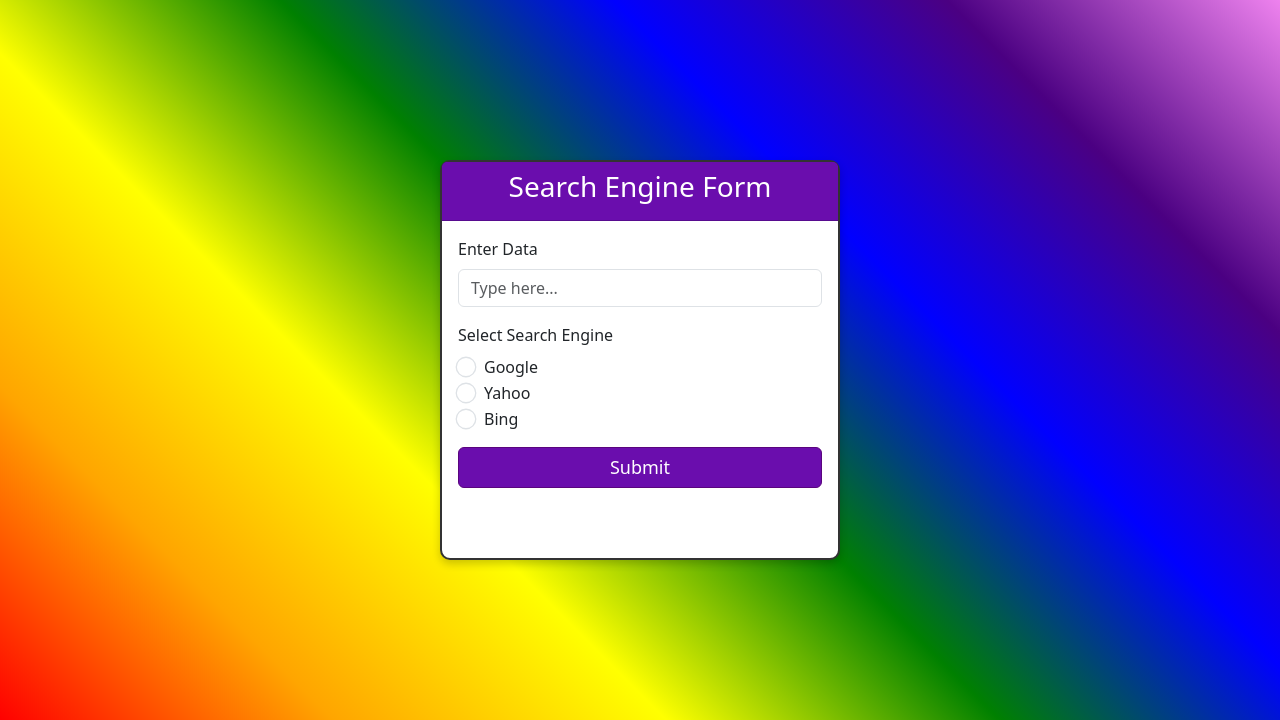
Repository: Prasad-R-Patil/WebBaseJava
Page: SearchEngien/src/main/webapp/index.html
These files come from the project's save history. The page is drawn as it stood at one moment and after the next save; the edit follows.
The browser window is 1280 px wide. The pictures show the whole page.

Above is the page before, as saved 2025-05-15 11:53:25.

After the next save:
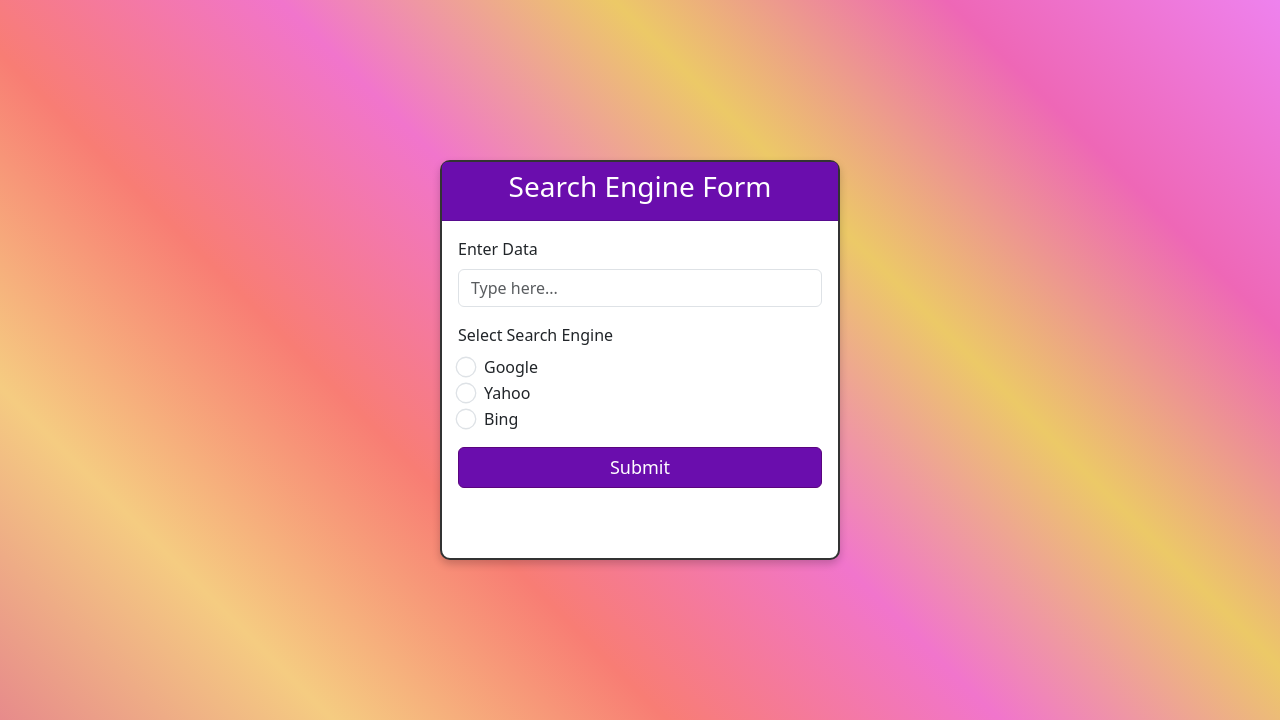
Saved 114 s later.
--- a/SearchEngien/src/main/webapp/index.html
+++ b/SearchEngien/src/main/webapp/index.html
@@ -8,7 +8,7 @@
     <link href="https://cdn.jsdelivr.net/npm/bootstrap@5.3.0/dist/css/bootstrap.min.css" rel="stylesheet">
     <style>
         body {
-          background: linear-gradient(45deg, red, orange, yellow, green, blue, indigo, violet);
+          background: linear-gradient(45deg, rgb(231, 139, 139), rgb(245, 204, 129), rgb(248, 125, 116), rgb(241, 117, 204), rgb(236, 201, 103), rgb(238, 103, 182), violet);
 
             display: flex;
             justify-content: center;
